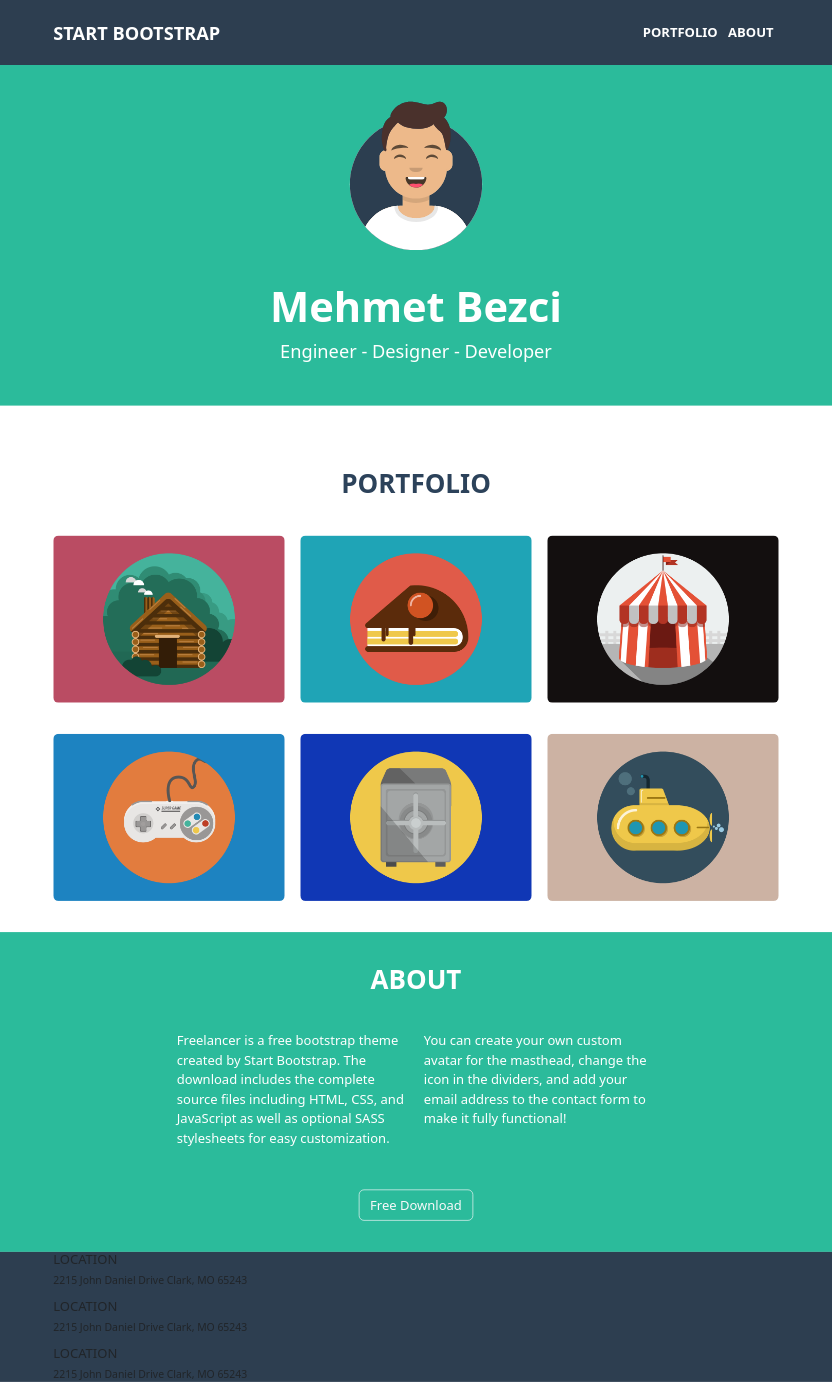
Repository: 7JaxeN7/WT-1255P-Mehmet_BEZC-
Page: index.html
These files come from the project's save history. The page is drawn as it stood at one moment and after the next save; the edit follows.
The browser window is 1280 px wide. The pictures show the whole page, at 65% of full size.

Above is the page before, as saved 2025-01-06 22:26:21.

After the next save:
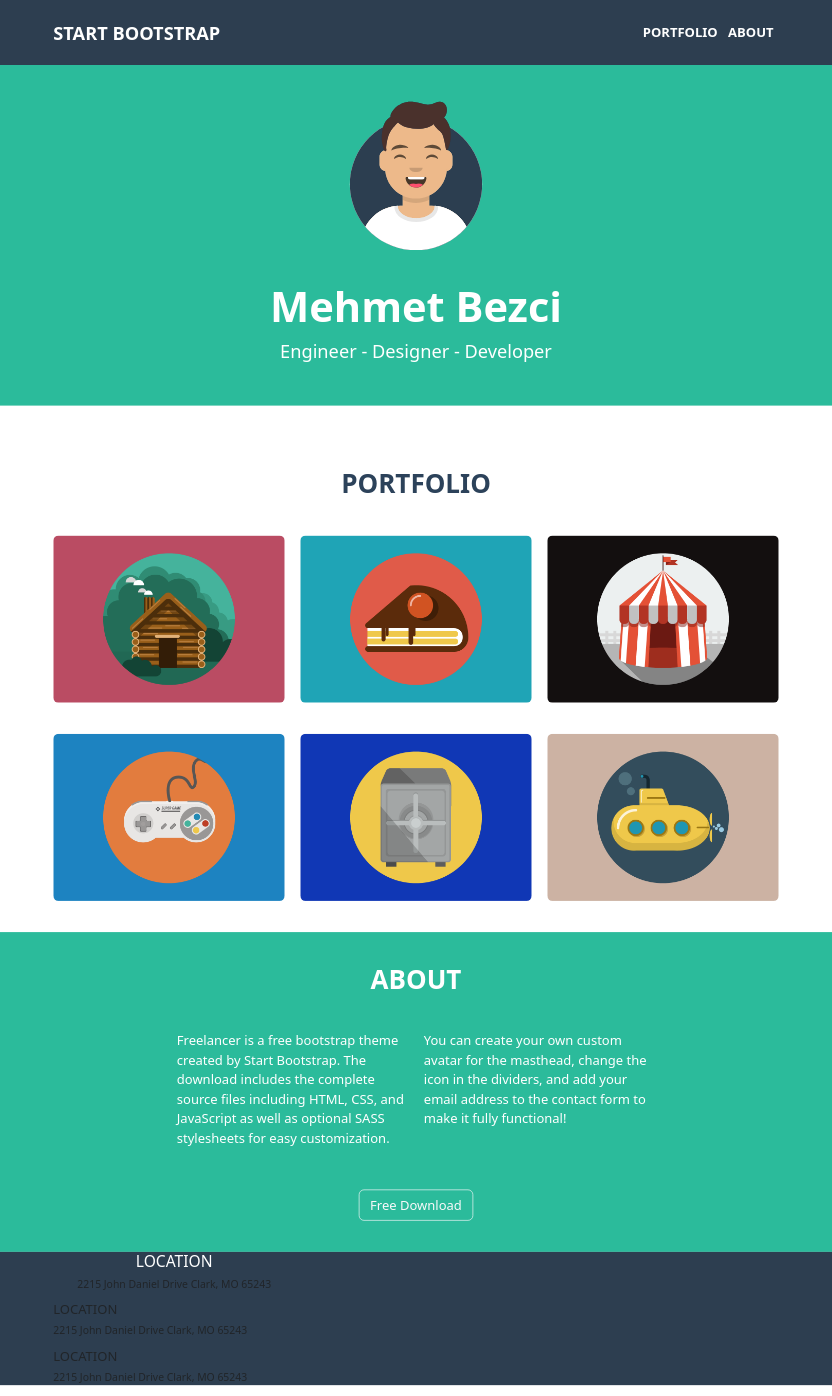
Saved 7 min 15 s later.
--- a/index.html
+++ b/index.html
@@ -94,8 +94,8 @@
   <footer>
     <div class="footer-section">
       <div class="container">
-        <div class="col-lg-4">
-          <h5>LOCATION</h5>
+        <div class="col-lg-4 text-center">
+          <h5 class="fs-4 text-white fs-5">LOCATION</h5>
           <p>2215 John Daniel Drive
             Clark, MO 65243</p>
         </div>
